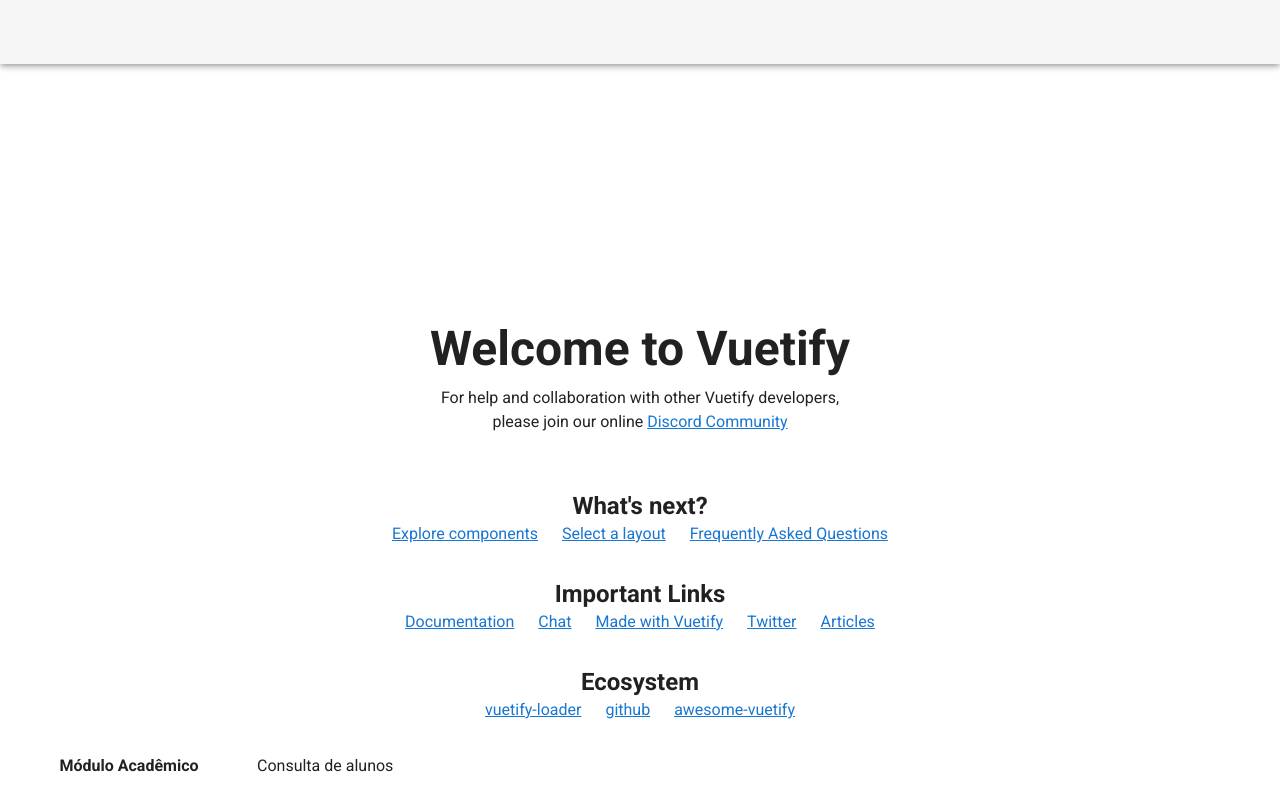
Repository: sergiohidekiono/vue-student
Page: /
These files come from the project's save history. The page is drawn as it stood at one moment and after the next save; the edit follows.
The browser window is 1280 px wide. The pictures show the whole page.
The project was rebuilt for these pictures with package versions that can differ from the ones it lists, and the page was loaded fresh each time. Also part of the build but not shown: vue.config.js.

Above is the page before, as saved 2024-08-07 09:09:54.

### src/App.vue
<template>
  <v-app>
    <v-app-bar app >
      <div class="d-flex align-center">
        <v-img :src="require('./assets/logo.png')" class="my-3" contain height="200" />
      </div>
    </v-app-bar>

    <v-main>
      <HelloWorld />
      <StudentList />
    </v-main>

  </v-app>
</template>

<script>
import HelloWorld from './components/HelloWorld';
import StudentList from './components/student-list';

export default {
  name: 'App',

  components: {
    HelloWorld,
    StudentList,
  },

  data: () => ({
    //
  }),
};
</script>

### src/components/HelloWorld.vue
<template>
  <v-container>
    <v-row class="text-center">
      <v-col cols="12">
        <v-img :src="require('../assets/logo.png')" class="my-3" contain height="200" />
      </v-col>

      <v-col class="mb-4">
        <h1 class="display-2 font-weight-bold mb-3">
          Welcome to Vuetify
        </h1>

        <p class="subheading font-weight-regular">
          For help and collaboration with other Vuetify developers,
          <br>please join our online
          <a href="https://community.vuetifyjs.com" target="_blank">Discord Community</a>
        </p>
      </v-col>

      <v-col class="mb-5" cols="12">
        <h2 class="headline font-weight-bold mb-3">
          What's next?
        </h2>

        <v-row justify="center">
          <a v-for="(next, i) in whatsNext" :key="i" :href="next.href" class="subheading mx-3" target="_blank">
            {{ next.text }}
          </a>
        </v-row>
      </v-col>

      <v-col class="mb-5" cols="12">
        <h2 class="headline font-weight-bold mb-3">
          Important Links
        </h2>

        <v-row justify="center">
          <a v-for="(link, i) in importantLinks" :key="i" :href="link.href" class="subheading mx-3" target="_blank">
            {{ link.text }}
          </a>
        </v-row>
      </v-col>

      <v-col class="mb-5" cols="12">
        <h2 class="headline font-weight-bold mb-3">
          Ecosystem
        </h2>

        <v-row justify="center">
          <a v-for="(eco, i) in ecosystem" :key="i" :href="eco.href" class="subheading mx-3" target="_blank">
            {{ eco.text }}
          </a>
        </v-row>
      </v-col>
    </v-row>
  </v-container>
</template>

<script>
export default {
  name: 'HelloWorld',

  data: () => ({
    ecosystem: [
      {
        text: 'vuetify-loader',
        href: 'https://github.com/vuetifyjs/vuetify-loader',
      },
      {
        text: 'github',
        href: 'https://github.com/vuetifyjs/vuetify',
      },
      {
        text: 'awesome-vuetify',
        href: 'https://github.com/vuetifyjs/awesome-vuetify',
      },
    ],
    importantLinks: [
      {
        text: 'Documentation',
        href: 'https://vuetifyjs.com',
      },
      {
        text: 'Chat',
        href: 'https://community.vuetifyjs.com',
      },
      {
        text: 'Made with Vuetify',
        href: 'https://madewithvuejs.com/vuetify',
      },
      {
        text: 'Twitter',
        href: 'https://twitter.com/vuetifyjs',
      },
      {
        text: 'Articles',
        href: 'https://medium.com/vuetify',
      },
    ],
    whatsNext: [
      {
        text: 'Explore components',
        href: 'https://vuetifyjs.com/components/api-explorer',
      },
      {
        text: 'Select a layout',
        href: 'https://vuetifyjs.com/getting-started/pre-made-layouts',
      },
      {
        text: 'Frequently Asked Questions',
        href: 'https://vuetifyjs.com/getting-started/frequently-asked-questions',
      },
    ],
  }),
}
</script>

### src/components/student-list.vue
<template>
    <v-container>
        <v-row>
            <v-col cols="2" class="font-weight-bold">
                Módulo Acadêmico
            </v-col>
            <v-col cols="10">
                Consulta de alunos
            </v-col>
        </v-row>
    </v-container>
</template>
<script>
</script>

Loaded but not shown: public/index.html (common file); src/main.js (common file); src/plugins/vuetify.js (common file)

After the next save:
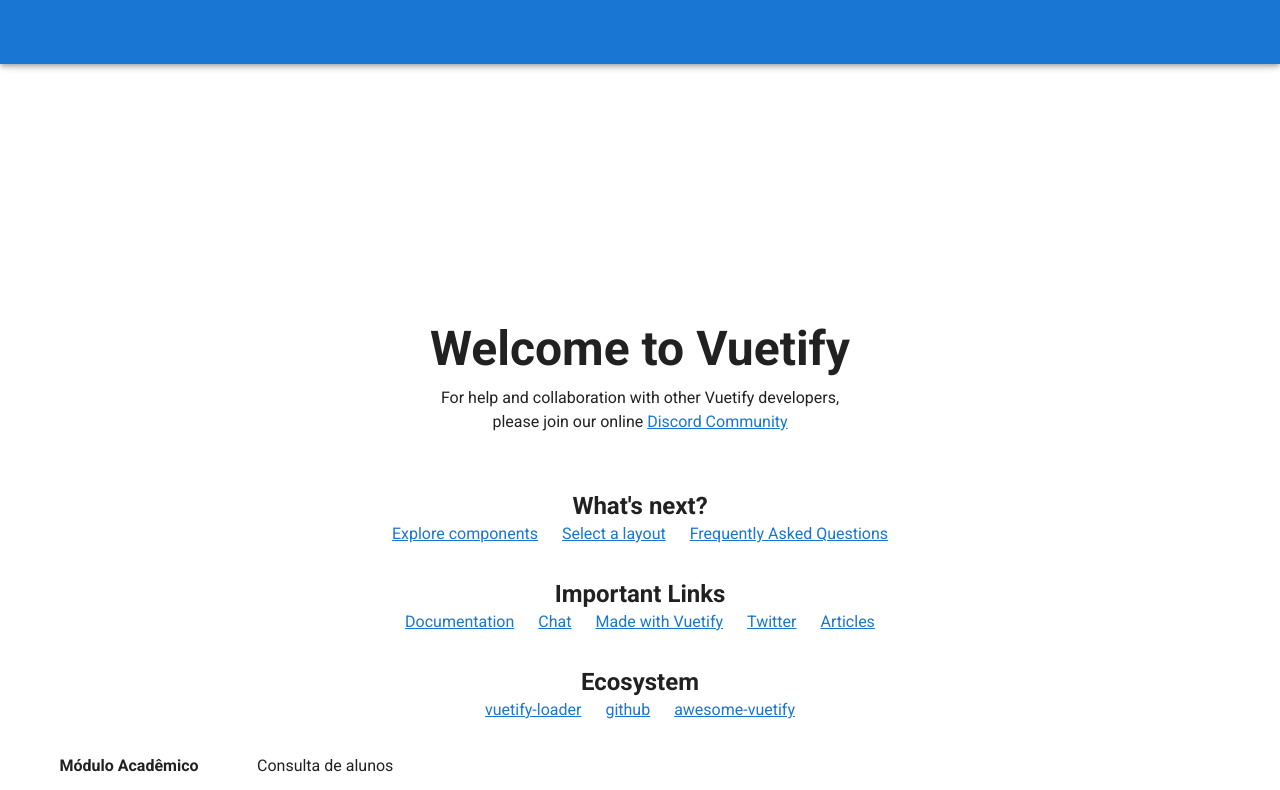
Saved 6 s later.
--- a/src/App.vue
+++ b/src/App.vue
@@ -1,6 +1,6 @@
 <template>
   <v-app>
-    <v-app-bar app >
+    <v-app-bar app color="primary" dark>
       <div class="d-flex align-center">
         <v-img :src="require('./assets/logo.png')" class="my-3" contain height="200" />
       </div>

After the 2 saves that followed:
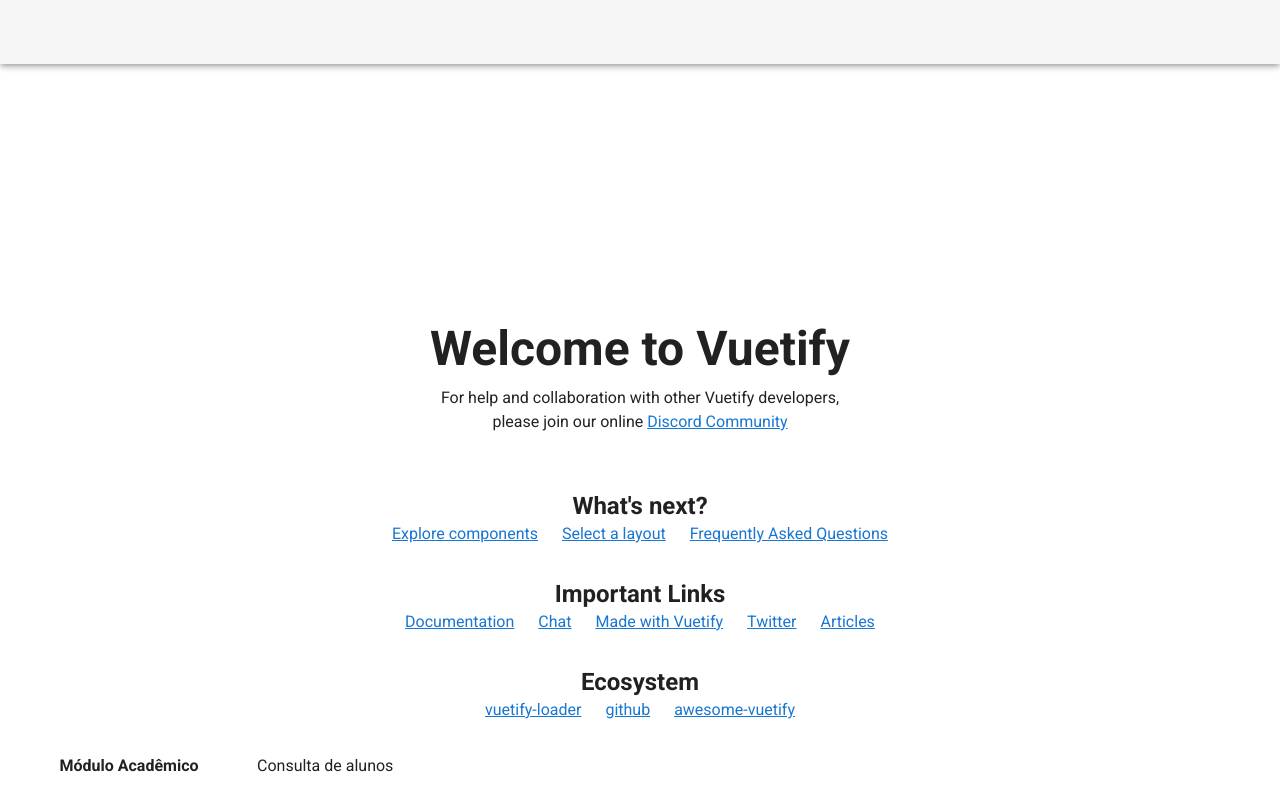
The 2 saves are shown as one change because they came seconds apart.
The last was saved 8 s later.
--- a/src/App.vue
+++ b/src/App.vue
@@ -1,6 +1,6 @@
 <template>
   <v-app>
-    <v-app-bar app color="primary" dark>
+    <v-app-bar >
       <div class="d-flex align-center">
         <v-img :src="require('./assets/logo.png')" class="my-3" contain height="200" />
       </div>
